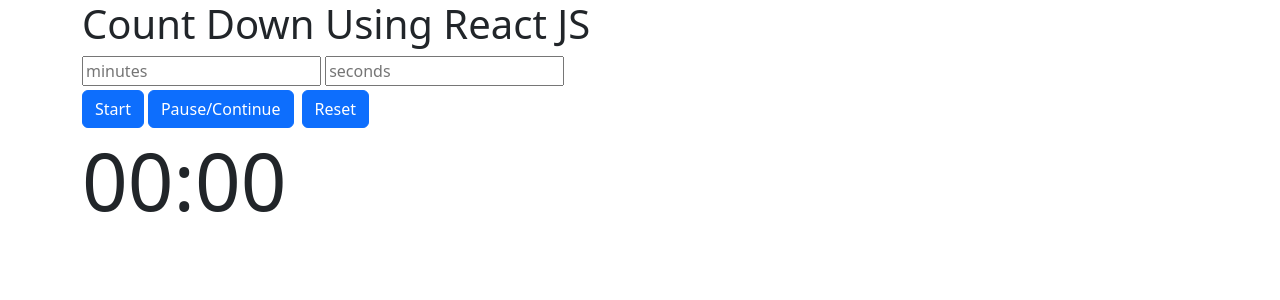
Repository: maheshdama13/reactjs-count-down
Page: /
An editor plug-in stored every save of this project. The page is shown before and after the next save, followed by the edit.
The browser window is 1280 px wide. The pictures show the whole page.
The project was rebuilt for these pictures with package versions that can differ from the ones it lists, and the page was loaded fresh each time. Also part of the build but not shown: src/App.css.

Above is the page before, as saved 2022-07-01 02:20:29.

After the next save:
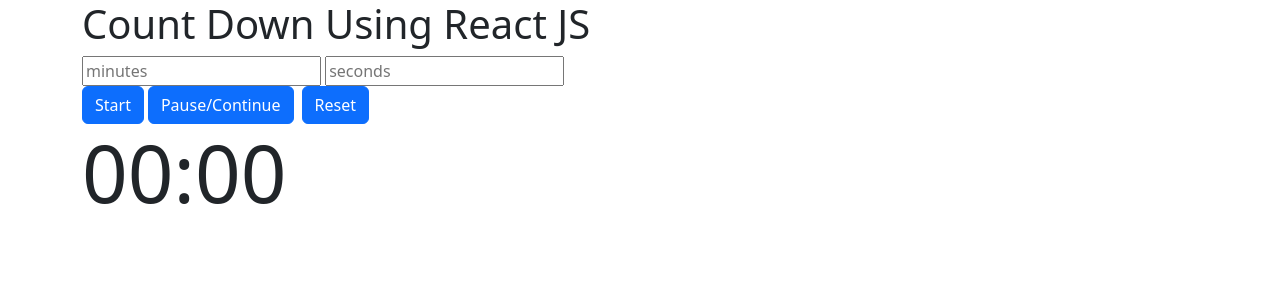
Saved 11 s later.
--- a/src/components/CountDown.js
+++ b/src/components/CountDown.js
@@ -63,8 +63,8 @@
           <input className=' d-inline' name='seconds' type="number" placeholder='seconds' />&nbsp;
         </div>
         <button type="button" className='btn btn-primary mr-1' onClick={startHandler}>Start</button>
-        <button type="button" className='btn btn-primary m-1' onClick={pauseHandler}>Pause/Continue</button>
-        <button type="button" className='btn btn-primary m-1' onClick={resetHandler}>Reset</button>
+        <button type="button" className='btn btn-primary mx-1' onClick={pauseHandler}>Pause/Continue</button>
+        <button type="button" className='btn btn-primary mx-1' onClick={resetHandler}>Reset</button>
       </form>
 
 
